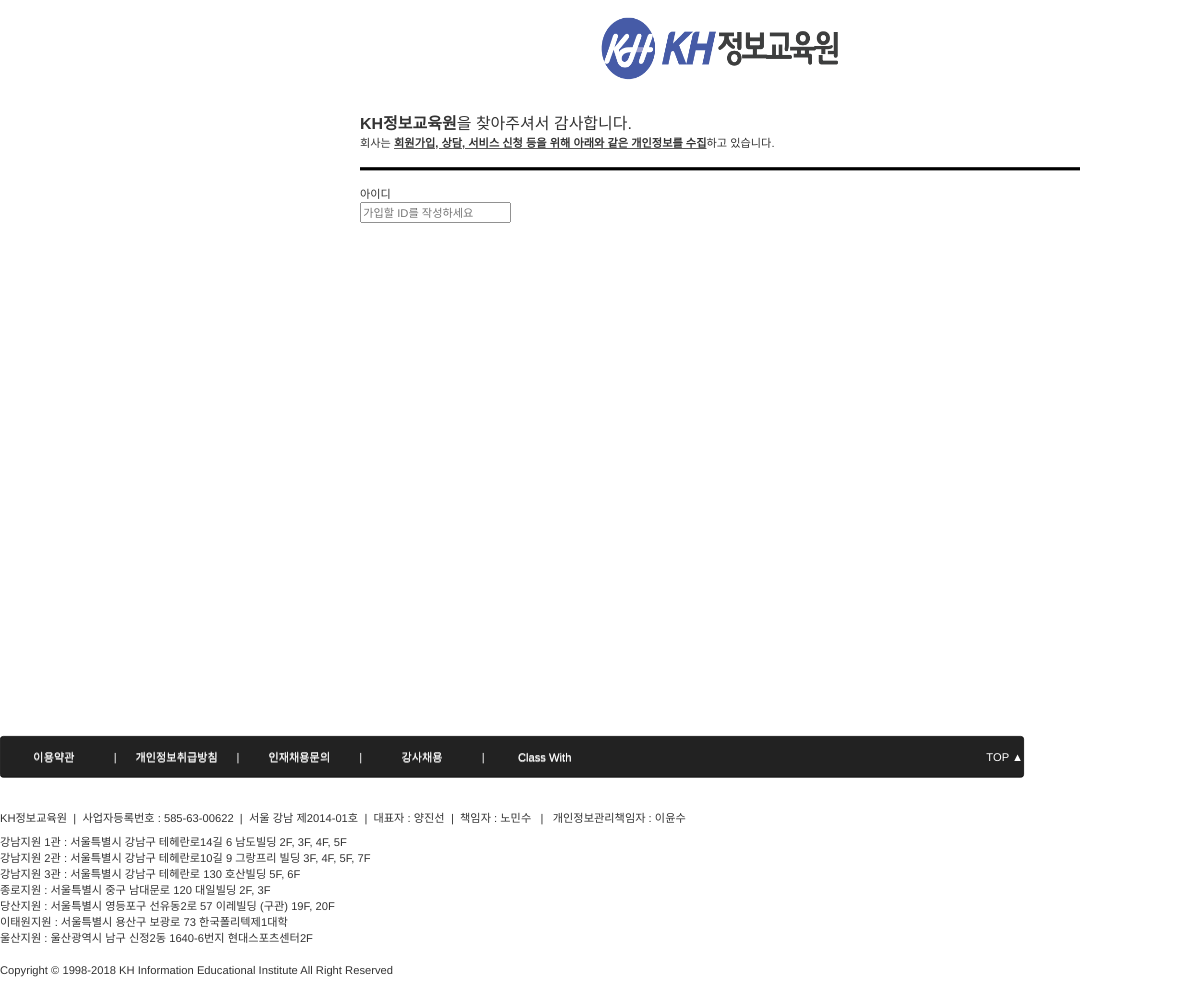
Repository: NohMinSoo/khSpring
Page: http://localhost/1_Spring_Web/WEB-INF/views/member/joinPage.jsp
These files come from the project's save history. The page is drawn as it stood at one moment and after the next save; the edit follows.
The browser window is 1280 px wide. The page is 1500 px wide, so the pictures cover 1500 px, including what lies to the right of the window. The pictures show the whole page, at 80% of full size.
Some web libraries are served in a nearby version. The page is served by Tomcat 9. Nobody is signed in. Other server files are loaded and not shown. The template is opened directly, without the code that normally fills it, so the values that code supplies are empty.

Above is the page before, as saved 2018-11-20 05:24:31.
Console error (its wording comes from the project's code and is left out).

### 1_Spring_Web/src/main/webapp/WEB-INF/views/member/joinPage.jsp
<%@ page language="java" contentType="text/html; charset=UTF-8"
    pageEncoding="UTF-8"%>
<!DOCTYPE html PUBLIC "-//W3C//DTD HTML 4.01 Transitional//EN" "http://www.w3.org/TR/html4/loose.dtd">
<html>
<head>
<meta http-equiv="Content-Type" content="text/html; charset=UTF-8">
<link rel="shortcut icon" href="/resources/png/03_KH정보교육원_원형컬러.png">
<title>회원가입</title>
</head>
<body>

<style>
	#container{
    	margin-top : 20px;
    	margin-left : 300px;
    	width : 1200px;
    	height : 900px;

    }
    #contents-2{

    	padding-left: 150px;
    	padding-right: 150px;
    	text-align: left; width : 100%;
    	height : 10%;

    }
    #contents-3{
    	padding-left: 150px;
    	padding-right: 150px;
    	text-align: left; width : 100%;
    	height : 75%;
    }
</style>
<div id="container"  align="center">
    <div id="contents-1">
            	<a href="/index.jsp"><img height=80px width=300px src="/resources/png/01_KH정보교육원_가로컬러.png"/></a><br>
    </div>
	<br><br>
    <div id="contents-2" >
			<span style="font-size:20px;"><b>KH정보교육원</b>을 찾아주셔서 감사합니다.</span><br>
			<span>회사는 <b><u>회원가입, 상담, 서비스 신청 등을 위해 아래와 같은 개인정보를 수집</u></b>하고 있습니다.</span><br>
			<hr style="border:2px solid black;">

			<form>
			<span>아이디</span><br>
			<input type="text" placeholder="가입할 ID를 작성하세요"/><br>
			</form>
	</div>
	<div id="contents-3" >

	</div>

</div>



<div id="footer_bar">
			<jsp:include page="/resources/common/main_footer_bar.jsp"></jsp:include>
		</div>
		<br>
		<div id="footer">
			<jsp:include page="/resources/common/main_footer.jsp"></jsp:include>
		</div>
</body>
</html>

### 1_Spring_Web/src/main/webapp/resources/common/main_footer_bar.jsp
<%@ page language="java" contentType="text/html; charset=UTF-8"
    pageEncoding="UTF-8"%>
<!DOCTYPE html PUBLIC "-//W3C//DTD HTML 4.01 Transitional//EN" "http://www.w3.org/TR/html4/loose.dtd">
<html>
<head>
<meta http-equiv="Content-Type" content="text/html; charset=UTF-8">
<title>Insert title here</title>
</head>
<body>
<style>
	#footer_bar1{
		hieght : 100%;
		float : left;
		width : 80%;

	}
	#footer_bar2{
		float : left;
		width : 20%;
	}
	#bar {
		margin : 0;
		padding : 0;
		height : 100%;
	}
	#bar li{
		box-sizing : border-box;
		float : left;   /* 각 요소들을 왼쪽부터 배치 */
		list-style-type: none;  /* li 속성에 있는 점 없애기*/
		text-align: center;  /* 글자 가운데로 정렬 */
		width:13%;
		height : 100%;
	}
	#bar li a{
		 text-decoration: none; /* 밑 줄 삭제 */
		 line-height : 50px;
		 color : white;
		 text-shadow: 0px 1px 0px #cccccc;  /* 글자 새도우 효과 (밝은 회색) */
	}
	#bar li a:hover{

		 color : yellow;
		 text-shadow: 0px 1px 0px yellow;  /* 글자 새도우 효과 (밝은 회색) */
	}

	#bar span{
		box-sizing : border-box;
		float : left;   /* 각 요소들을 왼쪽부터 배치 */
		list-style-type: none;  /* li 속성에 있는 점 없애기*/
		text-align: center;  /* 글자 가운데로 정렬 */
		width:2%;
		height : 100%;
		line-height : 50px;

	}
	#footer_bar2 a{
		color:white;
		line-height : 50px;
		float:right;
		text-decoration: none; /* 밑 줄 삭제 */

	}

	#footer_bar2 a:hover{
		color : red;

	}


</style>

<jsp:include page="/resources/common/main_popup_terms.jsp"></jsp:include>

<div class="navbar navbar-inverse">
<div id="footer_bar1">
	<ul id="bar">

			<li><a data-toggle="modal" data-target=".bs-example-modal-lg" style="padding-left: 0;">이용약관</a>  </li> <span style="color:white;">|</span>
			<li><a href="">개인정보취급방침</a>  </li> <span style="color:white;">|</span>
			<li><a href="">인재채용문의</a>  </li> <span style="color:white;">|</span>
			<li><a href="">강사채용</a>  </li> <span style="color:white;">|</span>
			<li><a href="http://coconut510.cafe24.com/index.php">Class With</a></li>
	</ul>
</div>
<div id="footer_bar2">
		<a href="javascript:scrollTo(0, 0);">TOP ▲ </a>
</div>

</div>

</body>
</html>

### 1_Spring_Web/src/main/webapp/resources/common/main_popup_terms.jsp
<%@ page language="java" contentType="text/html; charset=UTF-8"
    pageEncoding="UTF-8"%>
<!DOCTYPE html PUBLIC "-//W3C//DTD HTML 4.01 Transitional//EN" "http://www.w3.org/TR/html4/loose.dtd">
<html>
<head>
<meta http-equiv="Content-Type" content="text/html; charset=UTF-8">
<title>Insert title here</title>
</head>
<body>

<style>
.modal  {
    /*   display: block;*/
    padding-right: 0px;
    background-color: rgba(4, 4, 4, 0.8);
    }

    .modal-dialog {
            top: 20%;
                width: 100%;
    position: absolute;
        }
        .modal-content {
                border-radius: 0px;
                border: none;
    top: 40%;
            }
            .modal-body {
                    background-color: #0f8845;
    color: white;
                }
</style>

<link href="//maxcdn.bootstrapcdn.com/bootstrap/3.3.0/css/bootstrap.min.css" rel="stylesheet" id="bootstrap-css">
<script src="//maxcdn.bootstrapcdn.com/bootstrap/3.3.0/js/bootstrap.min.js"></script>
<script src="//code.jquery.com/jquery-1.11.1.min.js"></script>
<!------ Include the above in your HEAD tag ---------->

<div class="container">
    <div class="row">
        <!-- Large modal -->


<div class="modal fade bs-example-modal-lg1" tabindex="-1" role="dialog" aria-labelledby="myLargeModalLabel">
  <div class="modal-dialog modal-lg">
    <div class="modal-content">

      <div class="modal-body">

      <H2>KH정보교육원의 이용약관은 다음과 같습니다.</H2>
      <h6>Your Laptop battery is less then 10%.Recharge the battery.</h6>
      <h6>11</h6>
      <h6>11</h6>
      <h6>11</h6>
      <h6>11</h6>
      <h6>11</h6>
      <h6>11</h6>
      <h6>11</h6>
      <h6>11</h6>
      <h6>11</h6>
      <h6>11</h6>

      </div>
    </div>
  </div>
</div>
    </div>


</div>
</body>
</html>

### 1_Spring_Web/src/main/webapp/resources/common/main_footer.jsp
<%@ page language="java" contentType="text/html; charset=UTF-8"
    pageEncoding="UTF-8"%>
<!DOCTYPE html PUBLIC "-//W3C//DTD HTML 4.01 Transitional//EN" "http://www.w3.org/TR/html4/loose.dtd">
<html>
<head>
<meta http-equiv="Content-Type" content="text/html; charset=UTF-8">
<title>Insert title here</title>
</head>
<style>
	#bottom_copy{
		height:100%;
	}
</style>
<body>
<div id="bottom_copy">
		<p class="maincopy">KH정보교육원&nbsp; | &nbsp;사업자등록번호 : 585-63-00622&nbsp; | &nbsp;서울 강남 제2014-01호&nbsp; | &nbsp;대표자 : 양진선&nbsp; | &nbsp;책임자 : 노민수 &nbsp; | &nbsp; 개인정보관리책임자 : 이윤수</p>
		<p class="subcopy" style="padding-bottom: 10px;">
		강남지원 1관 : 서울특별시 강남구 테헤란로14길 6 남도빌딩 2F, 3F, 4F, 5F<br>
		강남지원 2관 : 서울특별시 강남구 테헤란로10길 9 그랑프리 빌딩 3F, 4F, 5F, 7F<br>
		강남지원 3관 : 서울특별시 강남구 테헤란로 130 호산빌딩 5F, 6F<br>
		종로지원 : 서울특별시 중구 남대문로 120 대일빌딩 2F,  3F<br>
		당산지원 : 서울특별시 영등포구 선유동2로 57 이레빌딩 (구관) 19F, 20F <br>
		이태원지원 : 서울특별시 용산구 보광로 73 한국폴리텍제1대학 <br>
		울산지원 : 울산광역시 남구 신정2동 1640-6번지 현대스포츠센터2F<br>
		</p>
		<p class="subcopy">
			Copyright © 1998-2018 KH Information Educational Institute All Right Reserved</p>
	</div>
</body>
</html>

After the next save:
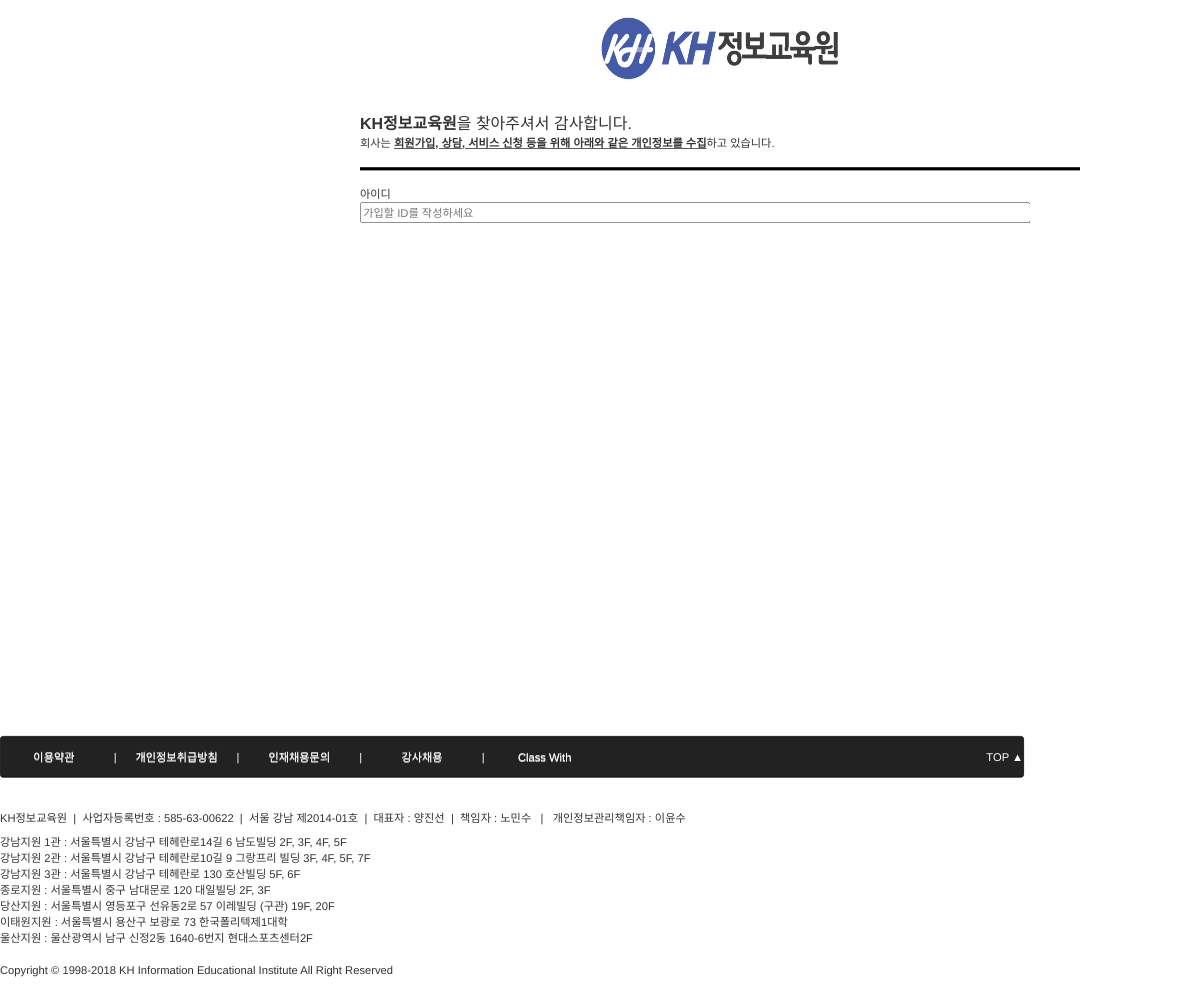
Saved 48 s later.
--- a/1_Spring_Web/src/main/webapp/WEB-INF/views/member/joinPage.jsp
+++ b/1_Spring_Web/src/main/webapp/WEB-INF/views/member/joinPage.jsp
@@ -44,7 +44,7 @@
 
 			<form>
 			<span>아이디</span><br>
-			<input type="text" placeholder="가입할 ID를 작성하세요"/><br>
+			<input type="text" size="100" placeholder="가입할 ID를 작성하세요"/><br>
 			</form>
 	</div>
 	<div id="contents-3" >
